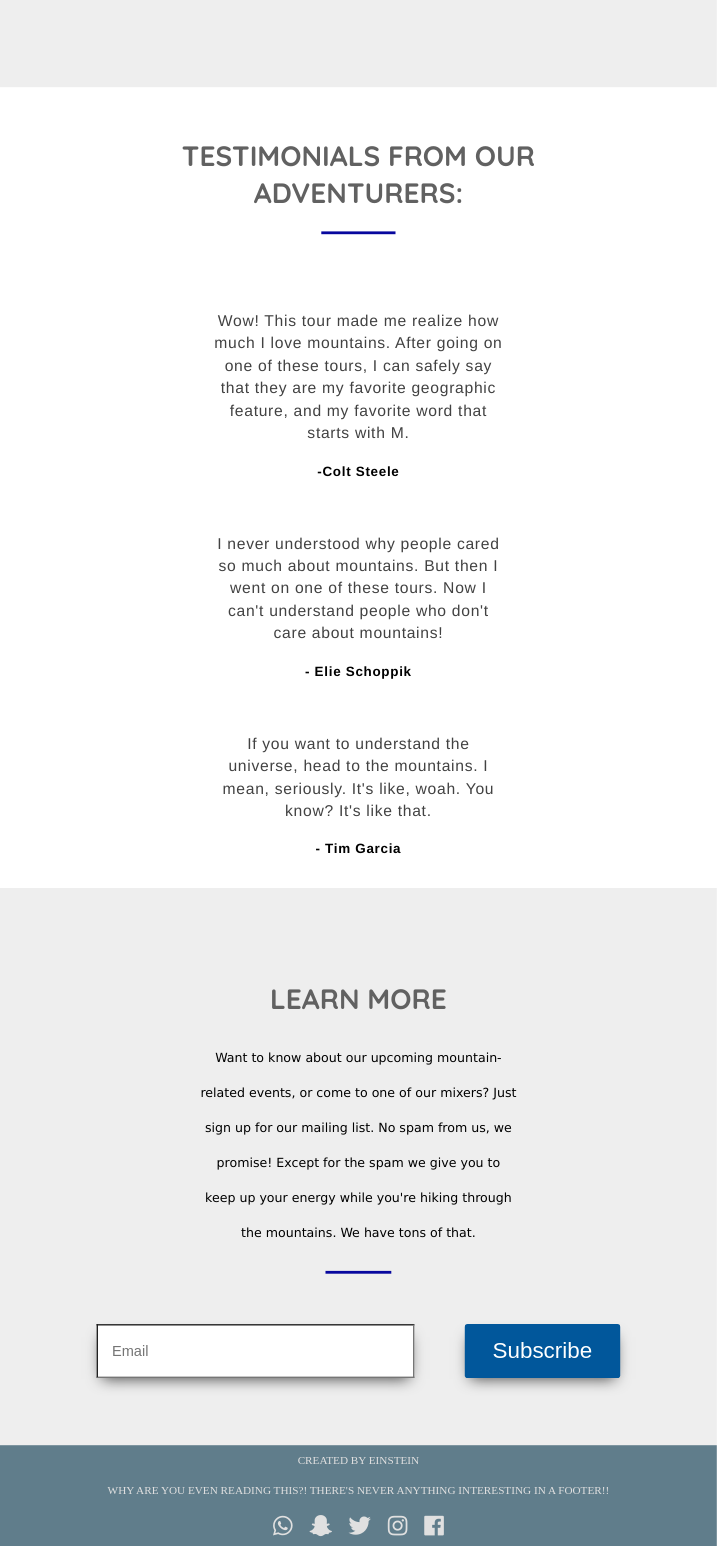
Repository: Einsteiniumeinsteinian/Advanced-CSS
Page: css-project-starter-code/index.html
The author's editor kept a copy of each file at every save. The page is drawn from the files as they stood at one save, then again after the next save.
The browser window is 1024 px wide. The pictures show the part of the page from y = 3382 to 5622 px (the page is 5622 px tall), at 70% of full size.
Some web libraries are served in a nearby version.

Above is the page before, as saved 2021-09-02 13:58:40.

### css-project-starter-code/index.html
<!DOCTYPE html>
<html>
<head>
  <meta charset="utf-8">
  <meta name="viewport" content="width=device-width, initial-scale=1">
  <title>Mountain Travel</title>
  <link rel="stylesheet" href="https://use.fontawesome.com/releases/v5.0.7/css/all.css">

  <link rel="preconnect" href="https://fonts.googleapis.com">
  <link rel="preconnect" href="https://fonts.gstatic.com" crossorigin>
  <link
    href="https://fonts.googleapis.com/css2?family=Open+Sans:wght@300;400;600;700&family=Quicksand:wght@400;500;600;700&display=swap"
    rel="stylesheet">
  <link rel="stylesheet" href="https://maxcdn.bootstrapcdn.com/font-awesome/4.7.0/css/font-awesome.min.css">
  <!--? <link href="https://fonts.googleapis.com/css?family=Open+Sans" rel="stylesheet"> -->
  <link rel="stylesheet" href="assets/css/styles.css">
  <script>/* foo */</script>
</head>

<body>
  <!-- Forked from a template on Tutorialzine: https://tutorialzine.com/2016/06/freebie-landing-page-template-with-flexbox -->
  <header>
    <nav>
      <a href="#"> mountain travel</a>
      <span class="nav-span">
        <a href="#"> Tours</a>
        <a href="#"> About</a>
        <a href="#"> Contact Us</a>
      </span>
    </nav>
    <div class="top-container">
      <div class="header-text-wrapping">
        <h1>Mountain Travel</h1>
        <p>unmissable adventure tours around the world</p>
      </div>
            <button class="button"><span>Contact Us Now </span></button>

    </div>
  </header>


  <div class="line-breaker-div">
    <h1>
      Some Of Our Destination
    </h1>
    <p>
      Tired of the ocean? Are the plains too plain? Come along with us on one of our mountain adventures. Here are some
      pictures from people who have had elevated experiences with us.
    </p>
    <hr>
  </div>

  <!--* photo-section -->
  <section class="photo-section">
    <div class="photo-set-div">
      <img class="img" src="assets/img/mountain1.jpg" alt="">
      <img class="img img-2" src="assets/img/mountain2.jpg" alt="">
    </div>
    <div class="photo-set-div">

      <img class="img img-3" src="assets/img/mountain3.jpg" alt="">
      <img class="img" src="assets/img/mountain4.jpg" alt="">
    </div>
  </section>


  <!--* Packkage Section -->
  <section class="package-section">
    <div class="line-breaker-div">
      <h1>
        Tour Packages
      </h1>
      <p>
        Tired of the ocean? Are the plains too plain? Come along with us on one of our mountain adventures. Here are
        some
        pictures from people who have had elevated experiences with us.
      </p>
      <hr>
    </div>
    <div class="package-set">
      <div class="package">
        <i class="far fa-compass"></i>
        <h1>
          guided trips
        </h1>
        <p>Looking for the complete experience? Take a tour with one of our experts. They'll show you secrets that
          you're likely to
          miss otherwise.</p>
      </div>
      <div class="package">
        <i class="fas fa-camera-retro"></i>
        <h1>
          Photo Trips
        </h1>
        <p>Want to experience nature's beauty without all of that annoying exercise? Take a photo tour on one of our
          mountain
          buses.</p>
      </div>
    </div>
    <div class="package-set">
      <div class="package">
        <i class="fas fa-bicycle"></i>
        <h1>
          biking trips
        </h1>
        <p>If bicycles are more your speed, consider taking a tour through one of our mountain bike paths. We'll provide
          the bikes,
          and lunch too!</p>
      </div>
      <div class="package">
        <i class="fas fa-flag-checkered"></i>
        <h1>
          racing trips
        </h1>
        <p>Got a competitive spirit? Sign up for one of our mountain marathons! Try to reach the summit before anyone
          else.</p>
      </div>
    </div>
  </section>

    <div class="line-breaker-div">
      <h1>
        Testimonials From Our Adventurers:
      </h1>
      <hr>
    </div>
  <!--* Testimonial Section  -->
  <section class="testimonials-section">
    <article>
      <p>
        Wow! This tour made me realize how much I love mountains. After going on one of these tours, I can safely say
        that
        they
        are my favorite geographic feature, and my favorite word that starts with M.

      </p>
      <p class="author">-Colt Steele</p>
    </article>
    <article>
      <p>
        I never understood why people cared so much about mountains. But then I went on one of these tours. Now I can't
        understand people who don't care about mountains!
      </p>

      <p class="author">- Elie Schoppik</p>
    </article>

    <article>
      <p>
      If you want to understand the universe, head to the mountains. I mean, seriously. It's like, woah. You know? It's like
      that.
      </p>
      <p class="author">- Tim Garcia</p>
    </article>
  </section>

  <section class="newsletter-section">
<div class="line-breaker-div">
  <h1>
    LeaRN MORE
  </h1>
  <p>
Want to know about our upcoming mountain-related events, or come to one of our mixers? Just sign up for our mailing
list. No spam from us, we promise! Except for the spam we give you to keep up your energy while you're hiking through
the mountains. We have tons of that.
  </p>
  <hr>
</div>
<form class=".newsletter-form" action="">
  <input id="email" type="email" placeholder="Email">
  <button class="button">
    <span>Subscribe </span>
  </button>
</form>
  </section>

<!--* Footer -->
<footer>

<p class="watermark">created  by einstein</p>

  <p class="footer-text">
why are you even reading this?! There's never anything interesting in a footer!!
  </p>
  <div class="icon-pack">
<i class="fab fa-whatsapp"></i>
<i class="fab fa-snapchat-ghost"></i>
<i class="fab fa-twitter"></i>
<i class="fab fa-instagram"></i>
<i class="fab fa-facebook-f "></i>
  </div>
</footer>
</body>
</html>

### css-project-starter-code/assets/css/styles.css

body{
    margin: 0;
    min-width: 100vh;
    /* font-family: ; */
}

header{
  background-image: url('../img/main.jpg');
  /* background-color: #01579B; */
  background-repeat: no-repeat;
background-size: cover;
    min-height: 100vh;
    margin-bottom: 10vh;
}
@media screen and (max-width: 800px) {
    header{
        min-height: 100%;
    }
    nav{
        flex-direction: column;
        justify-content: space-between;

    }

}
nav{
    padding: 30px;
    padding-left: 100px;
    padding-right: 100px;
    display: flex;
    justify-content: space-between;
     /* min-height: 30vh; */
    text-transform: capitalize;
}
a{
    text-decoration: none;
    color: white;
}
span > a{
     padding: 20px;
     font-size: 1.2rem;
}
nav > a{
    letter-spacing: 2px;
    font-size: 1.8rem;
}
.top-container{
    margin-top: 15%;
    display: flex;
    flex-direction: column;
    flex-wrap: wrap;
    justify-content: center;
    align-items: center;
    color: #EEEEEE;
}

/** Header-text-wrapping  */
/* .header-text-wrapping{
    display: flex;
    flex-direction: column;
  align-items: center;
  flex-basis: 250px;
} */
.header-text-wrapping > h1{
    margin: 0;
    font-size: 4rem;
   text-align: center;
}
.header-text-wrapping > p{
    text-align: center;
    font-size: 2.5rem;
    margin: 35px 0;
    padding: 0 10px;

}

.button{
    padding: 20px 40px;
    color: white;
    background-color: #01579B;
    border: none;
    font-size: 200%;
    border-radius: 4px;
      transition: all 0.5s;
  cursor: pointer;
  margin: 36px;
  box-shadow: 0 10px 20px -8px rgba(0, 0, 0,.7);
}
.button span {
  cursor: pointer;
  display: inline-block;
  position: relative;
  transition: 0.5s;
}

.button span:after {
  content: '\00bb';
  position: absolute;
  opacity: 0;
  top: 0;
  right: -20px;
  transition: 0.5s;
}

.button:hover span {
  padding-right: 25px;
}

.button:hover span:after {
  opacity: 1;
  right: 0;
}

/** Line Breaker Div */
.line-breaker-div{
    margin: auto;
    margin-top: 10vh;
    margin-bottom: 5vh;
    max-width: 50%;
    text-align: center;
    line-height: 2em;
}

.line-breaker-div > h1{
      text-transform: uppercase;
      color: #616161;
      font-family: 'Quicksand', sans-serif;
      line-height: 1.3em;
    font-size: 2.5rem;
}
.line-breaker-div > p{
    font-size: 18px;
          font-family: 'Lucida Sans', 'Lucida Sans Regular', 'Lucida Grande', 'Lucida Sans Unicode', Geneva, Verdana, sans-serif;
          line-height:50px;
}

hr{
    margin-top: 30px;
    width: 20%;
    border: #07079e 2px solid;
}

@media screen and (max-width: 820px) {
    .line-breaker-div{
        padding: 0 50px;
    max-width: 100%;
    text-align: center;
    line-height: 2em;
}

.line-breaker-div > p{
    font-size: 1.5rem;
}

hr{
    width: 50%;
}
}

/** Photo Section */


@media screen and (min-width: 821px) {
.photo-section{
    padding: 60px;
    display: flex;
    flex-direction: column;
}
.photo-set-div{
    display: flex;
    height: 40vh;
    padding: 25px;

}

.img{
    flex-basis: 200px;
    min-width: 0;
flex-grow: 3;
  object-fit: cover;
}
.img-2{
    margin-left: 50px;
    flex-grow: 8;
}
.img-3{
    margin-right: 50px;
    flex-grow: 8;
}

}
@media screen and (max-width: 820px) {

.photo-section{
    padding: 60px;
    display: flex;
    flex-direction: column;
}

.photo-set-div{
    display: flex;
    flex-direction: column;
}

.img{
    padding: 5% 0;
    width: 100%;
    height: 70vh;
    object-fit: cover;
}

}



/** Packages */
.package-section{
    padding: 60px;
    background-color: #EEEEEE;
}
.package-set{
    display: flex;
}
.package{
    text-align: center;
    line-height: 2em;
    margin-top: 50px;
    padding: 50px;
}
.package > h1{
    /* font-family: 'Quicksand', sans-serif; */
    color: #424242;
    text-transform: uppercase;
    font-weight: bold;
    font-size: 35px;
}
      .package > p{
                  font-size: 1.3em;
          font-family: cursive;
      }
.package > i{
    font-size: 6em;
    color: #448AFF;
}
@media screen and (max-width: 820px) {
    .package-set{
        flex-direction: column;
    }
    .package > h1{
        font-size: 50px;
    }
      .package > p{
          font-size: 1.8em;
          line-height: 7vh;
      }
    .package > i{
        font-size: 7em;
    }

}

/** testimonials-section */
.testimonials-section{
    padding: 20px 60px;
    display: flex;
    flex-direction: column;
}
article{
      text-align: center;
    line-height: 2em;
    margin-top: 30px;
    letter-spacing: 1px;
  font-family: 'Franklin Gothic Medium', 'Arial Narrow', Arial, sans-serif;
    padding: 0 100px;
}
article > p{
    padding: 0 20%;
}
article > p:not(.author){
    font-size: 1.4em;
    color: #424242;
}
P.author{
font-weight: bold;
font-size: 1.2rem;
}

@media screen and (max-width: 820px) {
    article{
    line-height: 3em;
    padding: 0 50px;
}
    article > p{
    padding: 0;
}
    article > p:not(.author){
    font-size: 1.8em;
    color: #424242;
}
P.author{
font-weight: bold;
font-size: 1.6rem;
}
}
/** Newslletter  */
.newsletter-section{
    padding: 60px;
    background-color: #EEEEEE;
}
form{
    display: flex;
    /* flex-direction: column; */
    justify-content: center;

}

input{
      margin: 36px;
    background-color: white;
    width: 40vw;
    padding: 20px;
    box-shadow: 0 10px 20px -8px rgba(0, 0, 0,.7);
    font-size: 1.3rem;
}
input:focus{
   outline: none;
}
::placeholder{
    font-size: 1.3rem;
}
@media screen and (max-width: 575px) {
   form{
        flex-direction: column;
        align-items: center;
    }
    input{
          min-width: 100vw;
          height: 40px;
    }
    ::placeholder{
    font-size: 1.8rem;
}

}

footer{
    display: flex;
    justify-content: space-around;
    align-items: center ;
    margin: 0;
    background-color: #607d8b;
    height: 8vh;
    color: #E0E0E0;
}

footer > p{
    margin: 0;
    text-transform: uppercase;
}
.icon-pack > i{
    padding: 0 10px;
    font-size: 2rem;
}
@media screen and (max-width: 1220px) {
footer{
    flex-direction: column;
    height: 20vh;
}

.icon-pack > i{
    padding: 0 10px;
    font-size: 2rem;
}
}

After the next save:
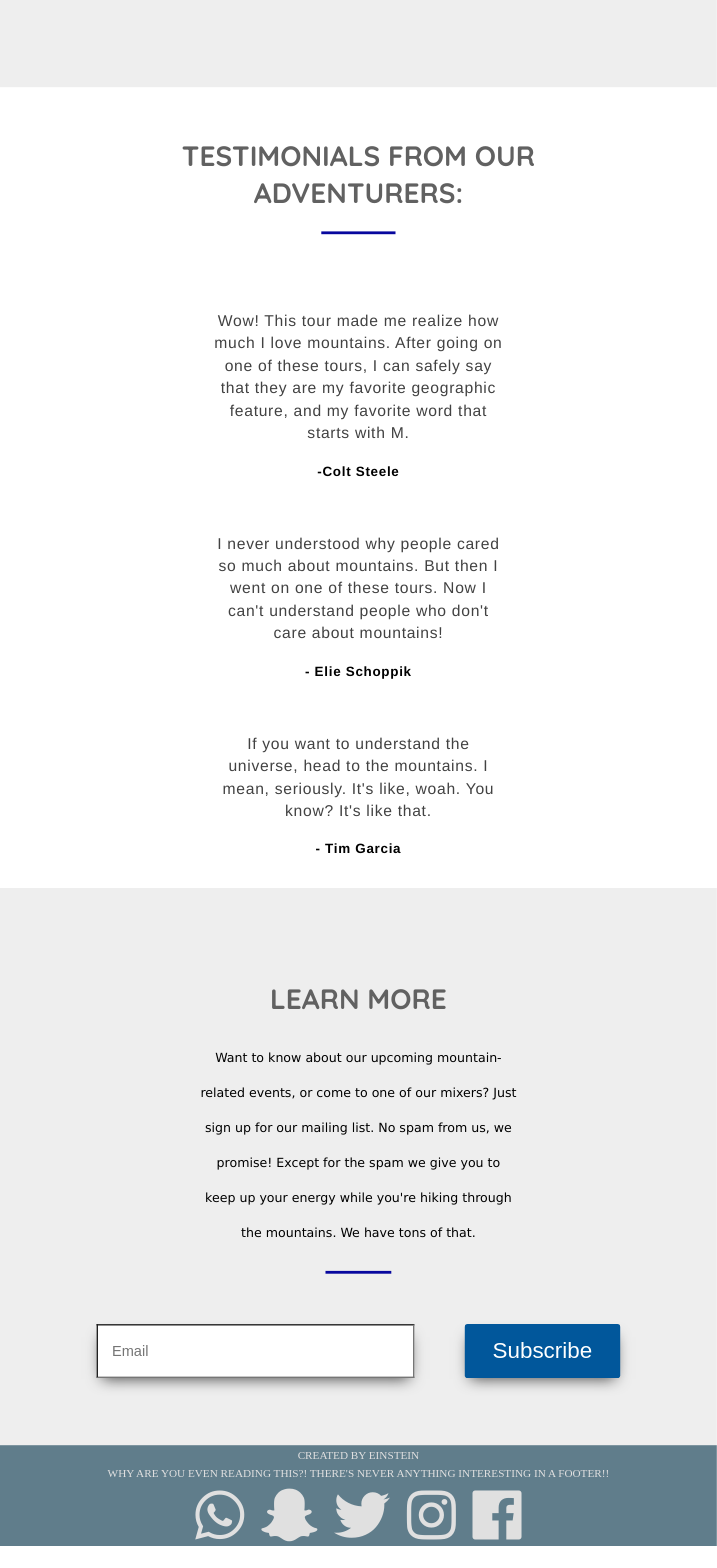
Saved 5 s later.
--- a/css-project-starter-code/assets/css/styles.css
+++ b/css-project-starter-code/assets/css/styles.css
@@ -370,6 +370,6 @@ footer{
 
 .icon-pack > i{
     padding: 0 10px;
-    font-size: 2rem;
-}
-}
+    font-size: 5rem;
+}
+}
